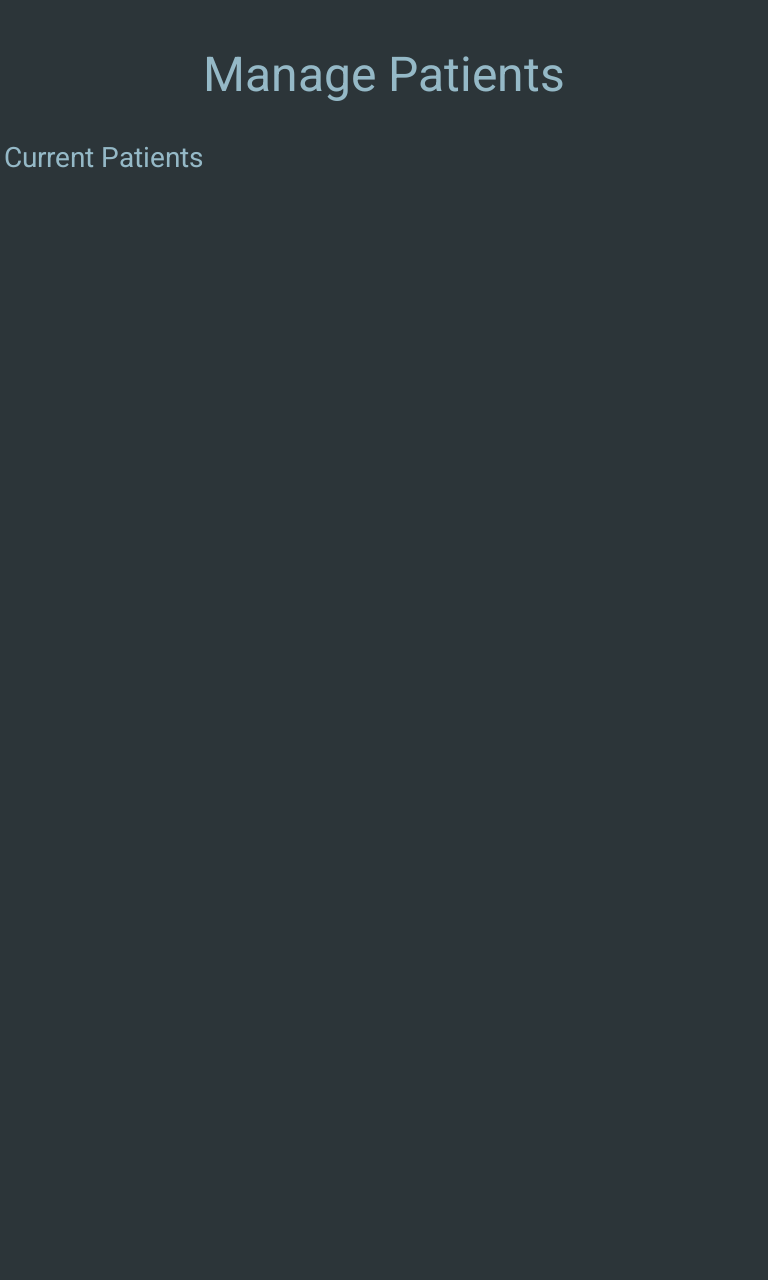
Repository: davidwiggy/MyWeek
Layout: MyWeek/res/layout/manage_clients.xml
These files come from the project's save history. The layout is drawn as it stood at one moment and after the next save; the edit follows.
It is drawn on a 768 x 1280 px phone screen (xhdpi) without system bars, with theme AppTheme; the app's code is not run. Lists and similar views that code fills are empty.

Above is the layout before, as saved 2013-10-28 20:58:37.

### MyWeek/res/layout/manage_clients.xml
<?xml version="1.0" encoding="utf-8"?>
<RelativeLayout xmlns:android="http://schemas.android.com/apk/res/android"
    android:layout_width="match_parent"
    android:layout_height="match_parent"
    android:background="@color/Gunmetal">

       <TextView
            android:id="@+id/manageClientsTitle"
            android:layout_width="wrap_content"
            android:layout_height="wrap_content"
            android:layout_alignParentTop="true"
            android:layout_centerHorizontal="true"
            android:layout_marginTop="20dp"
            android:textColor="@color/BabyBlue"
            android:textSize="24sp"
	        android:text="Manage Patients" />

       <TextView
           android:id="@+id/textView1"
           android:layout_width="wrap_content"
           android:layout_height="wrap_content"
           android:layout_below="@+id/manageClientsTitle"
           android:layout_marginTop="16dp"
           android:layout_toLeftOf="@+id/manageClientsTitle"
           android:textColor="@color/BabyBlue"
           android:text="Current Patients" />




</RelativeLayout>

### MyWeek/res/values/strings.xml
<?xml version="1.0" encoding="utf-8"?>
<resources>

    <string name="app_name">My Week</string>
    <string name="action_settings">Settings</string>
    <string name="lblFridayText">Friday</string>
    <string name="lblThursdayText">Thursday</string>
    <string name="lblWednesdayText">Wednesday</string>
    <string name="lblTuesdayText">Tuesday</string>
    <string name="lblMondayText">Monday</string>
    <string name="my_weekTitle">My Week</string>

    <color name="Gunmetal">#2C3539</color>
    <color name="BabyBlue">#95B9C7</color>
    <color name="orange">#ff5500</color>
    <color name="white">#ffffff</color>
  	<color name="transparent">#00000000</color>
 	<color name="date_color">#999999</color>
	<color name="black">#000000</color>
	<color name="gray">#999999</color>
	<color name="blue">#0066cc</color>
	<color name="gold">#e6b121</color>
	<color name="blueback">#99FFFF</color>
	<color name="articlecolor">#3399FF</color>
	<color name="article_title">#3399FF</color>
	<color name="cachecolor">#8ad0e8</color>


	<color name="yellow1">#F9E60E</color>
	<color name="yellow2">#F9F89D</color>
    <color name="orange4">#F7BE45</color>
    <color name="orange5">#F7D896</color>
    <color name="blue2">#19FCDA</color>
    <color name="blue25">#D9F7F2</color>
    <color name="grey05">#ACA899</color>
    <color name="white1">#FFFFFF</color>
    <color name="white2">#DDDDDD</color>
    <string-array name="days_array">
        <item >Select A Day</item>
        <item >Monday</item>
        <item >Tuesday</item>
        <item >Wednesday</item>
        <item >Thursday</item>
        <item >Friday</item>
    </string-array>
        <string name="lblselect_day">Select Day</string>
        <string name="lblButtonBack">Back</string>
        <string name="lblButtongo_to_day">Go To Day</string>
        <string name="btn_lbl_my_week_main">My Week</string>
        <string name="lbl_welcome_to_my_week_main">Welcome To My Week</string>
        <string name="txt_lbl_Totals_Main">Totals</string>
        <string name="btn_txt_lbl_Totals_Main">Totals</string>
        <string name="btn_lbl_Finished_Main">Finished</string>
        <string name="btn_lbl_manage_clients_main">Manage Clients</string>

</resources>

Loaded but not shown: MyWeek/res/values/styles.xml (common file); MyWeek/res/values-v11/styles.xml (common file); MyWeek/res/values-v14/styles.xml (common file)

After the next save:
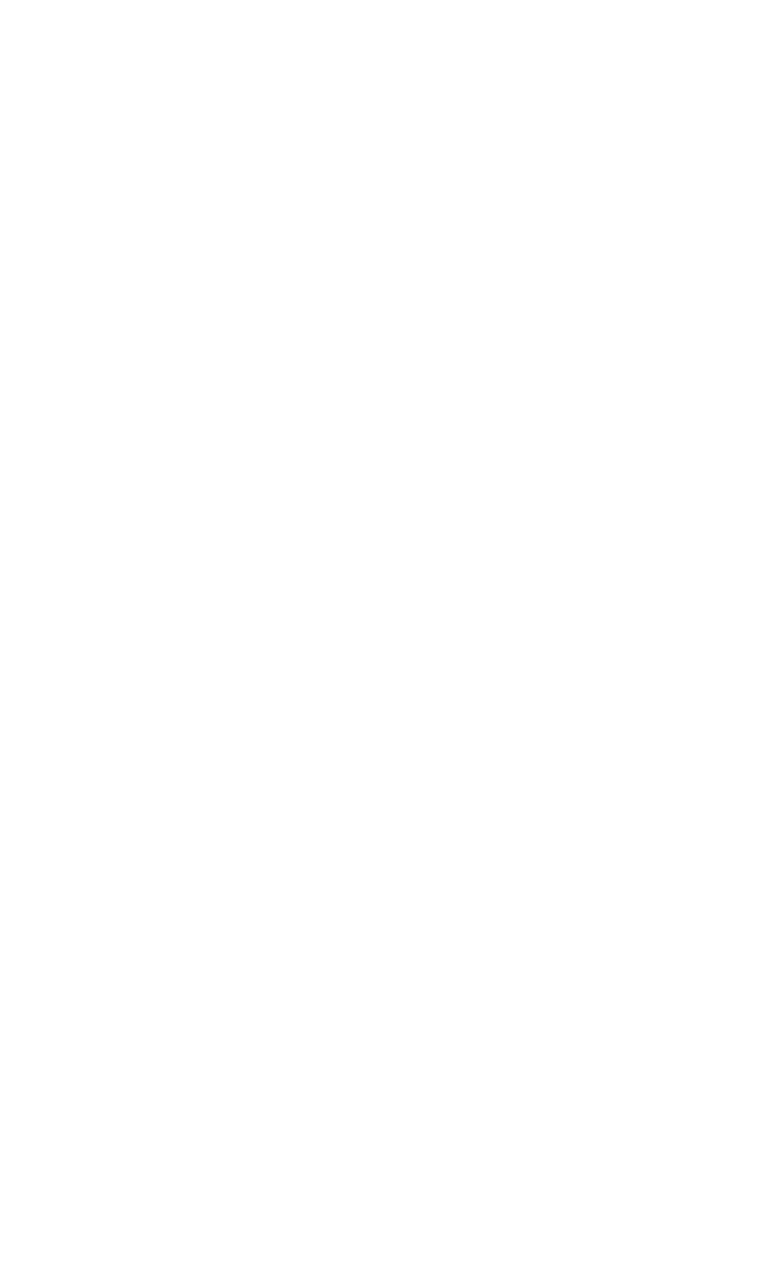
Saved 58 s later.
--- a/MyWeek/res/layout/manage_clients.xml
+++ b/MyWeek/res/layout/manage_clients.xml
@@ -21,11 +21,26 @@
            android:layout_height="wrap_content"
            android:layout_below="@+id/manageClientsTitle"
            android:layout_marginTop="16dp"
-           android:layout_toLeftOf="@+id/manageClientsTitle"
-           android:textColor="@color/BabyBlue"
-           android:text="Current Patients" />
+           android:text="Current Patients"
+           android:textColor="@color/BabyBlue" />
 
+      <ListView
+           android:id="@+id/lvManageClients"
+           android:layout_width="match_parent"
+           android:layout_height="wrap_content"
+           android:layout_alignParentLeft="true"
+           android:layout_below="@+id/textView1"
+           android:layout_above="@+id/enter_patient_name" >
+       </ListView>
 
-
+       	<EditText
+		android:id="@+id/enter_patient_name"
+		android:layout_height="wrap_content"
+		android:layout_width="match_parent"
+		android:layout_below="@id/lvManageClients"
+		android:hint="Enter Patient Name"
+		android:inputType="textPersonName">
+		<requestFocus></requestFocus>
+	</EditText>
 
 </RelativeLayout>

After the save that followed:
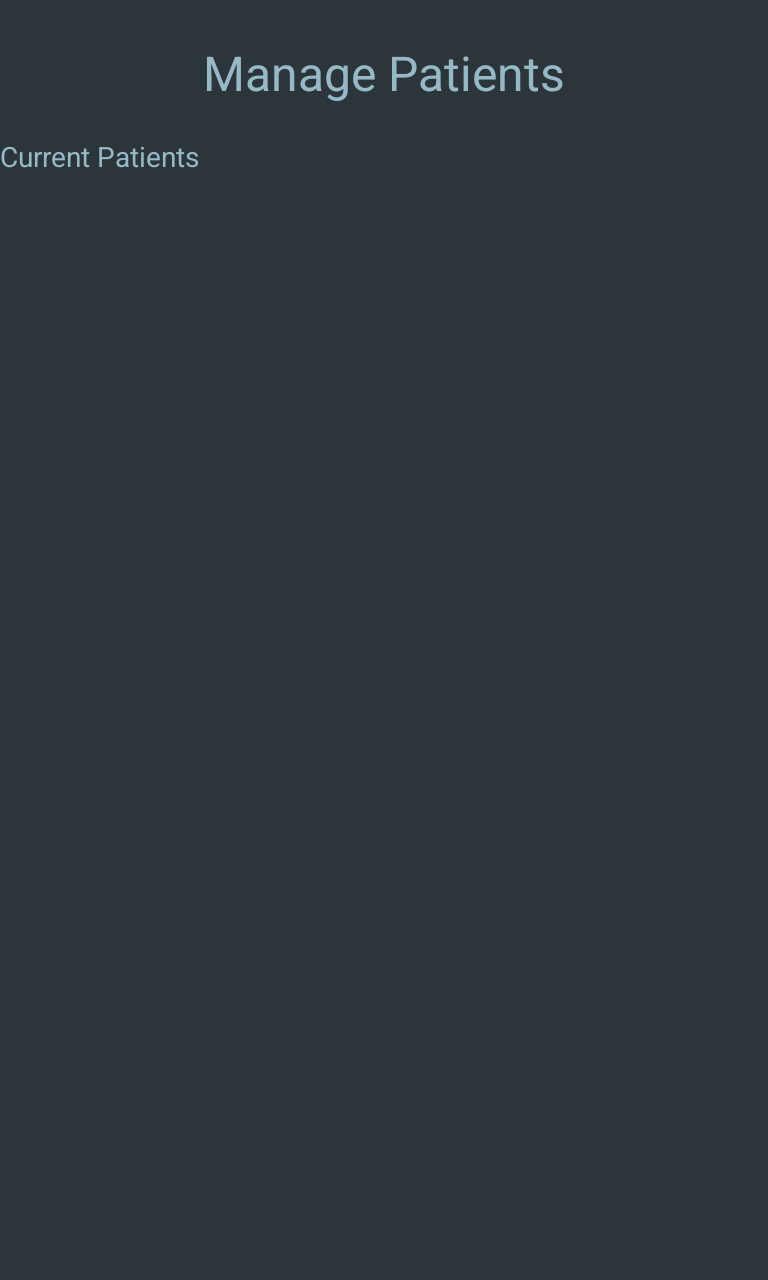
Saved 11 min 41 s later.
--- a/MyWeek/res/layout/manage_clients.xml
+++ b/MyWeek/res/layout/manage_clients.xml
@@ -33,14 +33,6 @@
            android:layout_above="@+id/enter_patient_name" >
        </ListView>
 
-       	<EditText
-		android:id="@+id/enter_patient_name"
-		android:layout_height="wrap_content"
-		android:layout_width="match_parent"
-		android:layout_below="@id/lvManageClients"
-		android:hint="Enter Patient Name"
-		android:inputType="textPersonName">
-		<requestFocus></requestFocus>
-	</EditText>
+
 
 </RelativeLayout>
